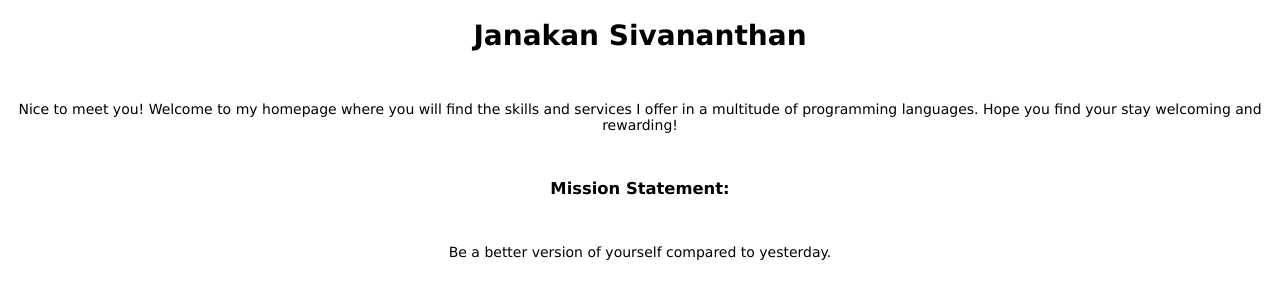
Repository: JanakanS95/COMP-229-Assignment-1
Page: http://localhost/
The author's editor kept a copy of each file at every save. The page is drawn from the files as they stood at one save, then again after the next save.
The browser window is 1280 px wide. The pictures show the whole page.
The page is served by the project's Node server (app.js).

Above is the page before, as saved 2021-06-04 06:32:45.

After the next save:
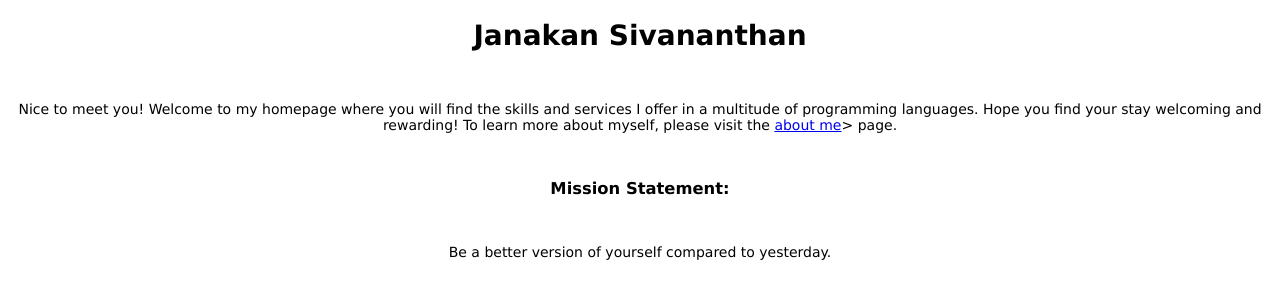
Saved 2 min 14 s later.
--- a/views/index.ejs
+++ b/views/index.ejs
@@ -13,7 +13,7 @@
   <div>
     <p>Nice to meet you! Welcome to my homepage where you will find the skills and services
       I offer in a multitude of programming languages. Hope you find your stay welcoming and
-      rewarding!
+      rewarding! To learn more about myself, please visit the <a href="about.ejs"> about me</a>> page.
     </p>
   </div>
   <br>
